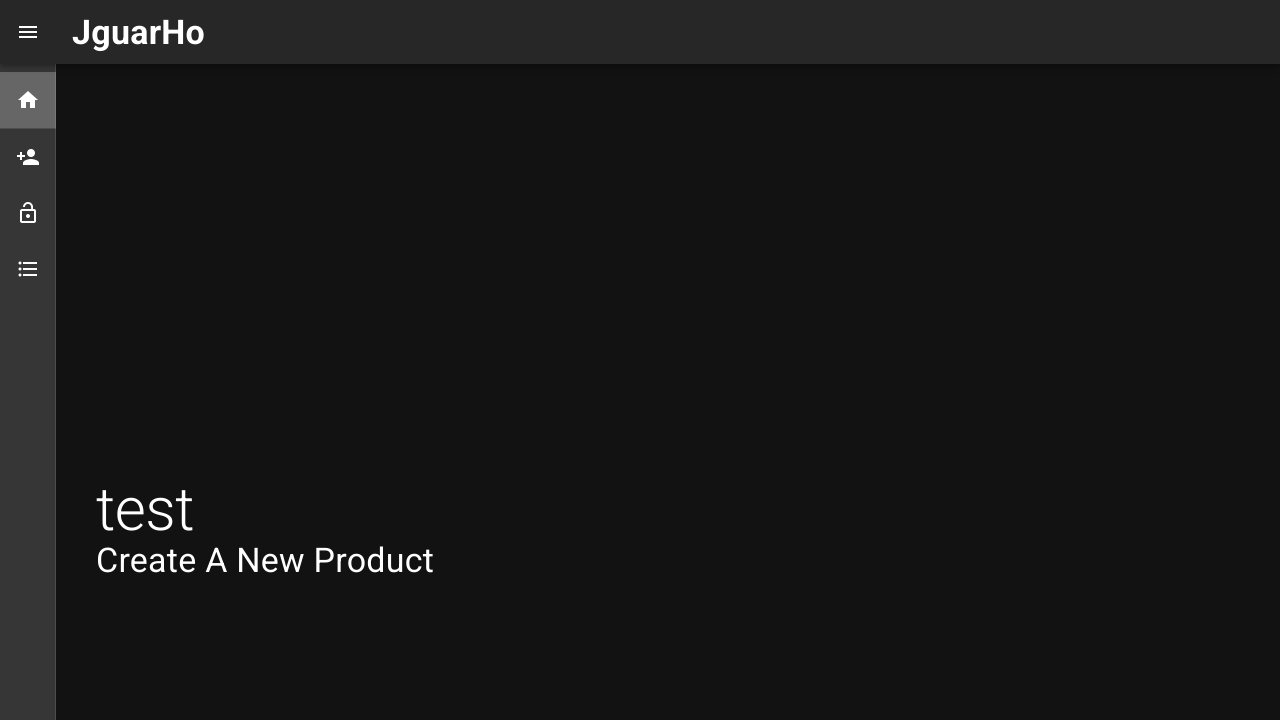
Repository: agent501/MRMS
Page: /
These files come from the project's save history. The page is drawn as it stood at one moment and after the next save; the edit follows.
The browser window is 1280 px wide. The pictures show the whole page.
The page's requests for data from a server got no answer. The project was rebuilt for these pictures with package versions that can differ from the ones it lists, and the page was loaded fresh each time. No one was signed in, and anything a server would have sent is missing. Also part of the build but not shown: vue.config.js, src/components/Product/products.vue, src/components/Product/product.vue, src/components/Product/createproduct.vue, src/components/User/signin.vue, src/components/User/signup.vue, src/components/User/profile.vue, src/components/Shared/Alert.vue and 2 more. Imported but missing from the stored project, and not drawn on this page: src/router/auth-guard.js.

Above is the page before, as saved 2020-07-29 16:39:32.

After the next save:
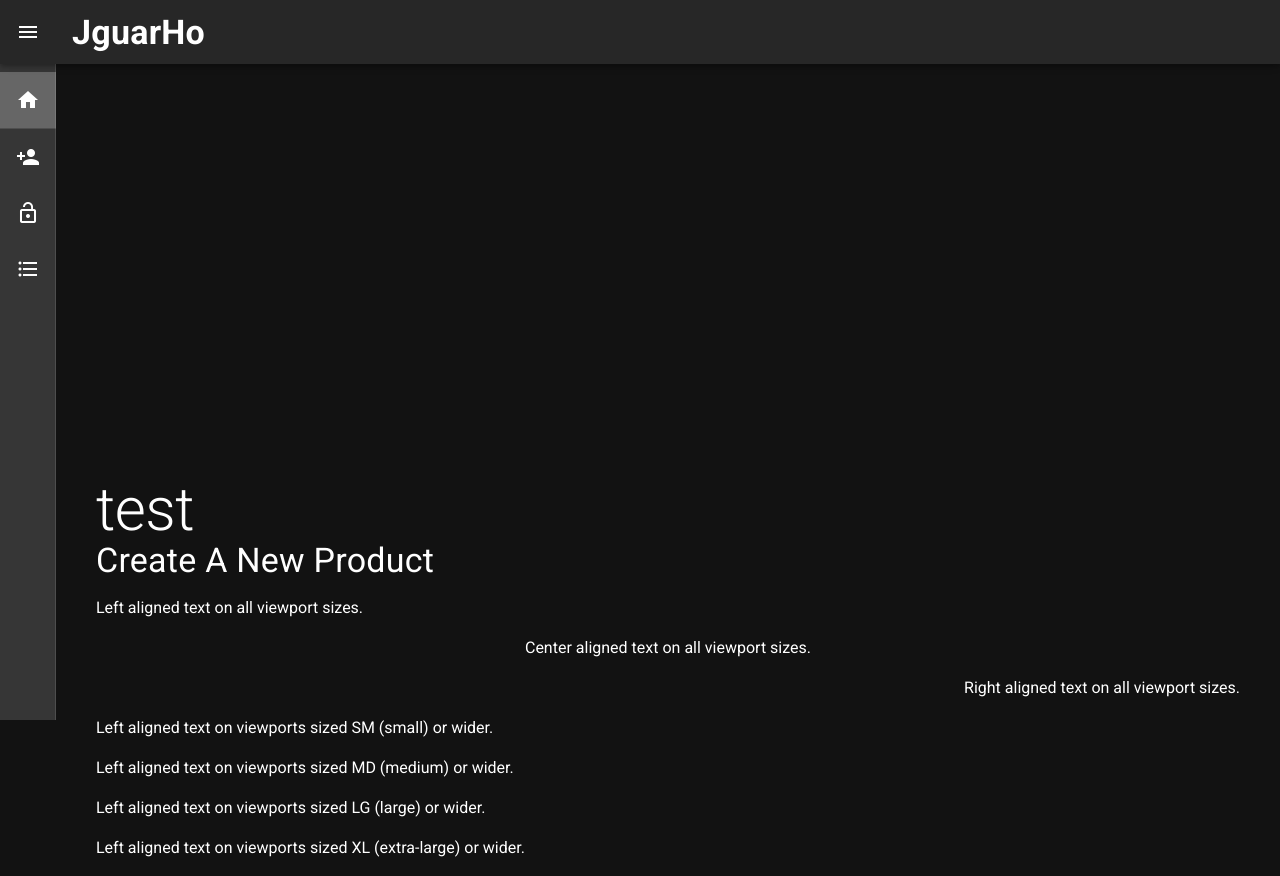
Saved 103 s later.
--- a/src/components/Home.vue
+++ b/src/components/Home.vue
@@ -36,6 +36,14 @@
     <div>
       <div class="text-h2">test</div>
       <p class="display-1 text-capitalize">create a new product</p>
+      <p class="text-left">Left aligned text on all viewport sizes.</p>
+      <p class="text-center">Center aligned text on all viewport sizes.</p>
+      <p class="text-right">Right aligned text on all viewport sizes.</p>
+
+      <p class="text-sm-left">Left aligned text on viewports sized SM (small) or wider.</p>
+      <p class="text-md-left">Left aligned text on viewports sized MD (medium) or wider.</p>
+      <p class="text-lg-left">Left aligned text on viewports sized LG (large) or wider.</p>
+      <p class="text-xl-left">Left aligned text on viewports sized XL (extra-large) or wider.</p>
     </div>
   </div>
 </template>
